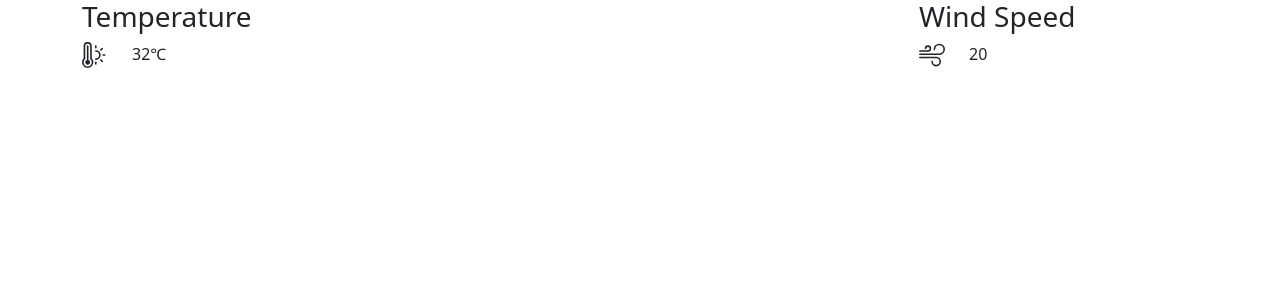
Repository: Saiyamjain-100/weather-app
Page: src/component/new.html
The author's editor kept a copy of each file at every save. The page is drawn from the files as they stood at one save, then again after the next save.
The browser window is 1280 px wide. The pictures show the whole page.

Above is the page before, as saved 2022-05-18 14:31:15.

### src/component/new.html
<!DOCTYPE html>
<html lang="en">
<head>
    <meta charset="UTF-8">
    <meta http-equiv="X-UA-Compatible" content="IE=edge">
    <meta name="viewport" content="width=device-width, initial-scale=1.0">

    <link href="https://cdn.jsdelivr.net/npm/bootstrap@5.2.0-beta1/dist/css/bootstrap.min.css" rel="stylesheet" integrity="sha384-0evHe/X+R7YkIZDRvuzKMRqM+OrBnVFBL6DOitfPri4tjfHxaWutUpFmBp4vmVor" crossorigin="anonymous">
    <title>Document</title>
</head>
<body>
    <script src="https://cdn.jsdelivr.net/npm/bootstrap@5.2.0-beta1/dist/js/bootstrap.bundle.min.js" integrity="sha384-pprn3073KE6tl6bjs2QrFaJGz5/SUsLqktiwsUTF55Jfv3qYSDhgCecCxMW52nD2" crossorigin="anonymous"></script>

    <div class="container">
        <div class="d-flex justify-content-between">
            <div class="col-md-3">
                <h3>Temperature</h3>
                <div class="d-flex justify-content-start">
                    <svg xmlns="http://www.w3.org/2000/svg" width="26" height="26" fill="currentColor" class="bi bi-thermometer-sun" viewBox="0 0 16 16">
                        <path d="M5 12.5a1.5 1.5 0 1 1-2-1.415V2.5a.5.5 0 0 1 1 0v8.585A1.5 1.5 0 0 1 5 12.5z"/>
                        <path d="M1 2.5a2.5 2.5 0 0 1 5 0v7.55a3.5 3.5 0 1 1-5 0V2.5zM3.5 1A1.5 1.5 0 0 0 2 2.5v7.987l-.167.15a2.5 2.5 0 1 0 3.333 0L5 10.486V2.5A1.5 1.5 0 0 0 3.5 1zm5 1a.5.5 0 0 1 .5.5v1a.5.5 0 0 1-1 0v-1a.5.5 0 0 1 .5-.5zm4.243 1.757a.5.5 0 0 1 0 .707l-.707.708a.5.5 0 1 1-.708-.708l.708-.707a.5.5 0 0 1 .707 0zM8 5.5a.5.5 0 0 1 .5-.5 3 3 0 1 1 0 6 .5.5 0 0 1 0-1 2 2 0 0 0 0-4 .5.5 0 0 1-.5-.5zM12.5 8a.5.5 0 0 1 .5-.5h1a.5.5 0 1 1 0 1h-1a.5.5 0 0 1-.5-.5zm-1.172 2.828a.5.5 0 0 1 .708 0l.707.708a.5.5 0 0 1-.707.707l-.708-.707a.5.5 0 0 1 0-.708zM8.5 12a.5.5 0 0 1 .5.5v1a.5.5 0 0 1-1 0v-1a.5.5 0 0 1 .5-.5z"/>
                      </svg>
                    <p class="mx-4"style="text-size-adjust: 20px;">32<span>&#8451;</span></p>
                </div>
            </div>
            <div class="col-md-3">
                <h3>Wind Speed</h3>
                <div class="d-flex justify-content-start">
                    <svg xmlns="http://www.w3.org/2000/svg" width="26" height="26" fill="currentColor" class="bi bi-wind" viewBox="0 0 16 16">
                        <path d="M12.5 2A2.5 2.5 0 0 0 10 4.5a.5.5 0 0 1-1 0A3.5 3.5 0 1 1 12.5 8H.5a.5.5 0 0 1 0-1h12a2.5 2.5 0 0 0 0-5zm-7 1a1 1 0 0 0-1 1 .5.5 0 0 1-1 0 2 2 0 1 1 2 2h-5a.5.5 0 0 1 0-1h5a1 1 0 0 0 0-2zM0 9.5A.5.5 0 0 1 .5 9h10.042a3 3 0 1 1-3 3 .5.5 0 0 1 1 0 2 2 0 1 0 2-2H.5a.5.5 0 0 1-.5-.5z"/>
                      </svg>
                    <p class="mx-4"style="text-size-adjust: 20px;">20</p>
                </div>
            </div>
        </div>
    </div>
</body>
</html>

After the next save:
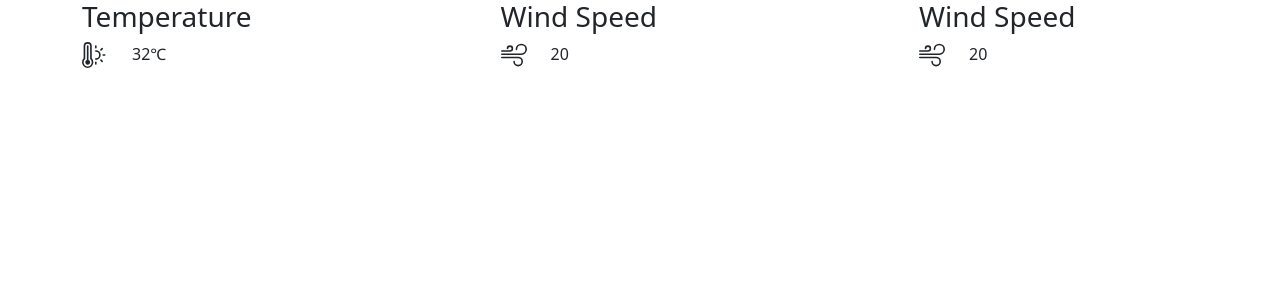
Saved 6 s later.
--- a/src/component/new.html
+++ b/src/component/new.html
@@ -32,6 +32,15 @@
                     <p class="mx-4"style="text-size-adjust: 20px;">20</p>
                 </div>
             </div>
+            <div class="col-md-3">
+                <h3>Wind Speed</h3>
+                <div class="d-flex justify-content-start">
+                    <svg xmlns="http://www.w3.org/2000/svg" width="26" height="26" fill="currentColor" class="bi bi-wind" viewBox="0 0 16 16">
+                        <path d="M12.5 2A2.5 2.5 0 0 0 10 4.5a.5.5 0 0 1-1 0A3.5 3.5 0 1 1 12.5 8H.5a.5.5 0 0 1 0-1h12a2.5 2.5 0 0 0 0-5zm-7 1a1 1 0 0 0-1 1 .5.5 0 0 1-1 0 2 2 0 1 1 2 2h-5a.5.5 0 0 1 0-1h5a1 1 0 0 0 0-2zM0 9.5A.5.5 0 0 1 .5 9h10.042a3 3 0 1 1-3 3 .5.5 0 0 1 1 0 2 2 0 1 0 2-2H.5a.5.5 0 0 1-.5-.5z"/>
+                      </svg>
+                    <p class="mx-4"style="text-size-adjust: 20px;">20</p>
+                </div>
+            </div>
         </div>
     </div>
 </body>
